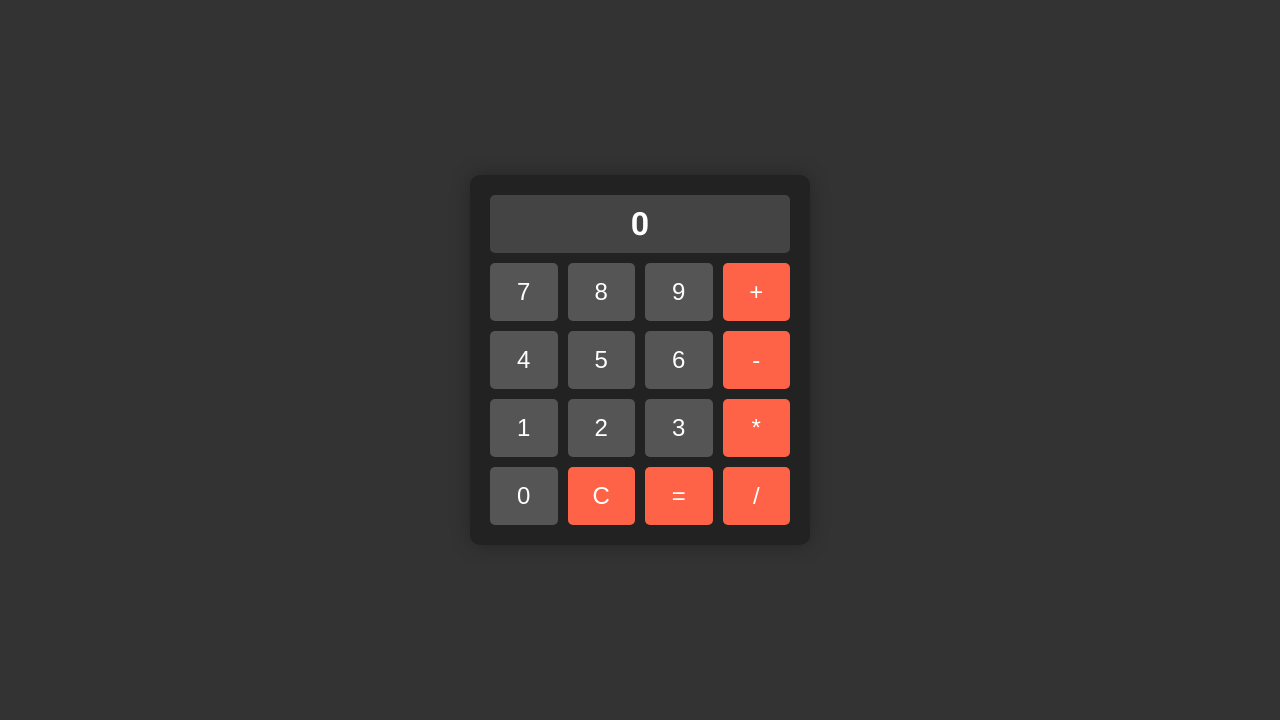
Repository: Barnabasbag/New-folder--2-
Page: in1.html
An editor plug-in stored every save of this project. The page is shown before and after the next save, followed by the edit.
The browser window is 1280 px wide. The pictures show the whole page.

Above is the page before, as saved 2024-06-27 02:07:16.
Not found: script.js

### in1.html
<!DOCTYPE html>
<html lang="en">
<head>
  <meta charset="UTF-8">
  <meta name="viewport" content="width=device-width, initial-scale=1.0">
  <title>Bagh Calculator</title>
  <link rel="stylesheet" href="styles.css">
  <link rel="stylesheet" href="https://fonts.googleapis.com/css2?family=Roboto:wght@700&display=swap">
</head>
<body>
  <div class="calculator">
    <div class="display" id="display">0</div>
    <div class="buttons">
      <button class="button number" onclick="addToDisplay('7')">7</button>
      <button class="button number" onclick="addToDisplay('8')">8</button>
      <button class="button number" onclick="addToDisplay('9')">9</button>
      <button class="button operator red" onclick="setOperator('+')">+</button>
      <button class="button number" onclick="addToDisplay('4')">4</button>
      <button class="button number" onclick="addToDisplay('5')">5</button>
      <button class="button number" onclick="addToDisplay('6')">6</button>
      <button class="button operator red" onclick="setOperator('-')">-</button>
      <button class="button number" onclick="addToDisplay('1')">1</button>
      <button class="button number" onclick="addToDisplay('2')">2</button>
      <button class="button number" onclick="addToDisplay('3')">3</button>
      <button class="button operator red" onclick="setOperator('*')">*</button>
      <button class="button number" onclick="addToDisplay('0')">0</button>
      <button class="button operator red" onclick="clearDisplay()">C</button>
      <button class="button operator red" onclick="calculate()">=</button>
      <button class="button operator red" onclick="setOperator('/')">/</button>
    </div>
  </div>
  <script src="script.js"></script>
</body>
</html>

### styles.css
body {
    font-family: 'Roboto', sans-serif;
    background-color: #333;
    color: white;
    display: flex;
    justify-content: center;
    align-items: center;
    height: 100vh;
    margin: 0;
}

.calculator {
    background-color: #222;
    padding: 20px;
    border-radius: 10px;
    box-shadow: 0 0 20px rgba(0, 0, 0, 0.3);
    text-align: center;
    width: 300px;
}

.display {
    background-color: #444;
    font-size: 2em;
    padding: 10px;
    margin-bottom: 10px;
    border-radius: 5px;
}

.buttons {
    display: grid;
    grid-template-columns: repeat(4, 1fr);
    grid-gap: 10px;
}

.button {
    background-color: #555;
    color: white;
    font-size: 1.5em;
    padding: 15px;
    border: none;
    border-radius: 5px;
    cursor: pointer;
    transition: background-color 0.3s ease;
}

.button:hover {
    background-color: #777;
}

.operator {
    background-color: #ff6347; /* Red for operators */
}

.equal {
    background-color: #2ecc71; /* Green for equals button */
}

.clear {
    background-color: #3498db; /* Blue for clear button */
}

After the next save:
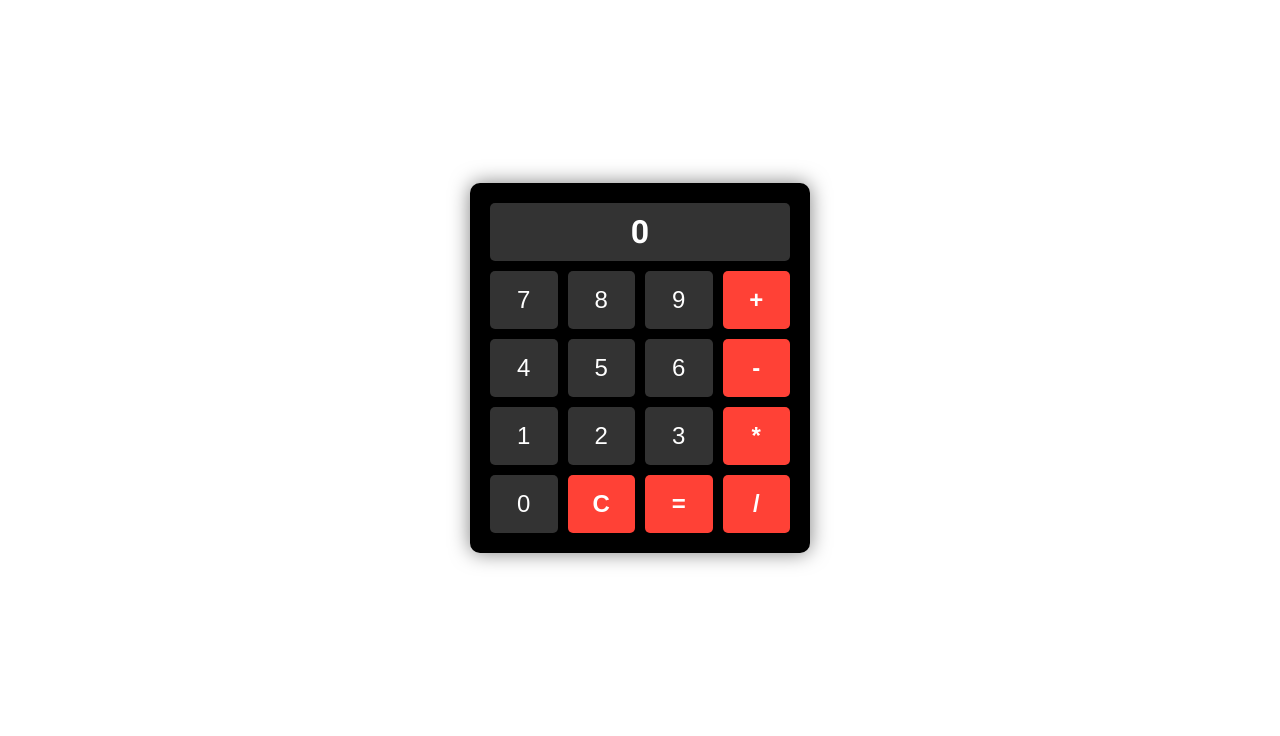
Not found: background-image.jpg
Saved 8 s later.
--- a/styles.css
+++ b/styles.css
@@ -1,60 +1,56 @@
 body {
-    font-family: 'Roboto', sans-serif;
-    background-color: #333;
-    color: white;
     display: flex;
     justify-content: center;
     align-items: center;
     height: 100vh;
-    margin: 0;
-}
+    background-image: url('background-image.jpg');
+    background-size: cover;
+    font-family: 'Roboto', sans-serif;
+  }
 
-.calculator {
-    background-color: #222;
+  .calculator {
+    background-color: #000;
+    border-radius: 10px;
     padding: 20px;
-    border-radius: 10px;
-    box-shadow: 0 0 20px rgba(0, 0, 0, 0.3);
+    box-shadow: 0 0 20px rgba(0, 0, 0, 0.5);
+    width: 300px;
     text-align: center;
-    width: 300px;
-}
+  }
 
-.display {
-    background-color: #444;
+  .display {
+    background-color: #333;
+    color: #fff;
     font-size: 2em;
     padding: 10px;
     margin-bottom: 10px;
     border-radius: 5px;
-}
+  }
 
-.buttons {
+  .buttons {
     display: grid;
     grid-template-columns: repeat(4, 1fr);
     grid-gap: 10px;
-}
+  }
 
-.button {
-    background-color: #555;
-    color: white;
+  .button {
+    padding: 15px;
     font-size: 1.5em;
-    padding: 15px;
+    background-color: #333;
+    color: #fff;
     border: none;
     border-radius: 5px;
     cursor: pointer;
     transition: background-color 0.3s ease;
-}
+  }
 
-.button:hover {
-    background-color: #777;
-}
+  .button:hover {
+    background-color: #555;
+  }
 
-.operator {
-    background-color: #ff6347; /* Red for operators */
-}
+  .red {
+    background-color: #ff4136;
+  }
 
-.equal {
-    background-color: #2ecc71; /* Green for equals button */
-}
-
-.clear {
-    background-color: #3498db; /* Blue for clear button */
-}
+  .operator {
+    font-weight: bold;
+  }
